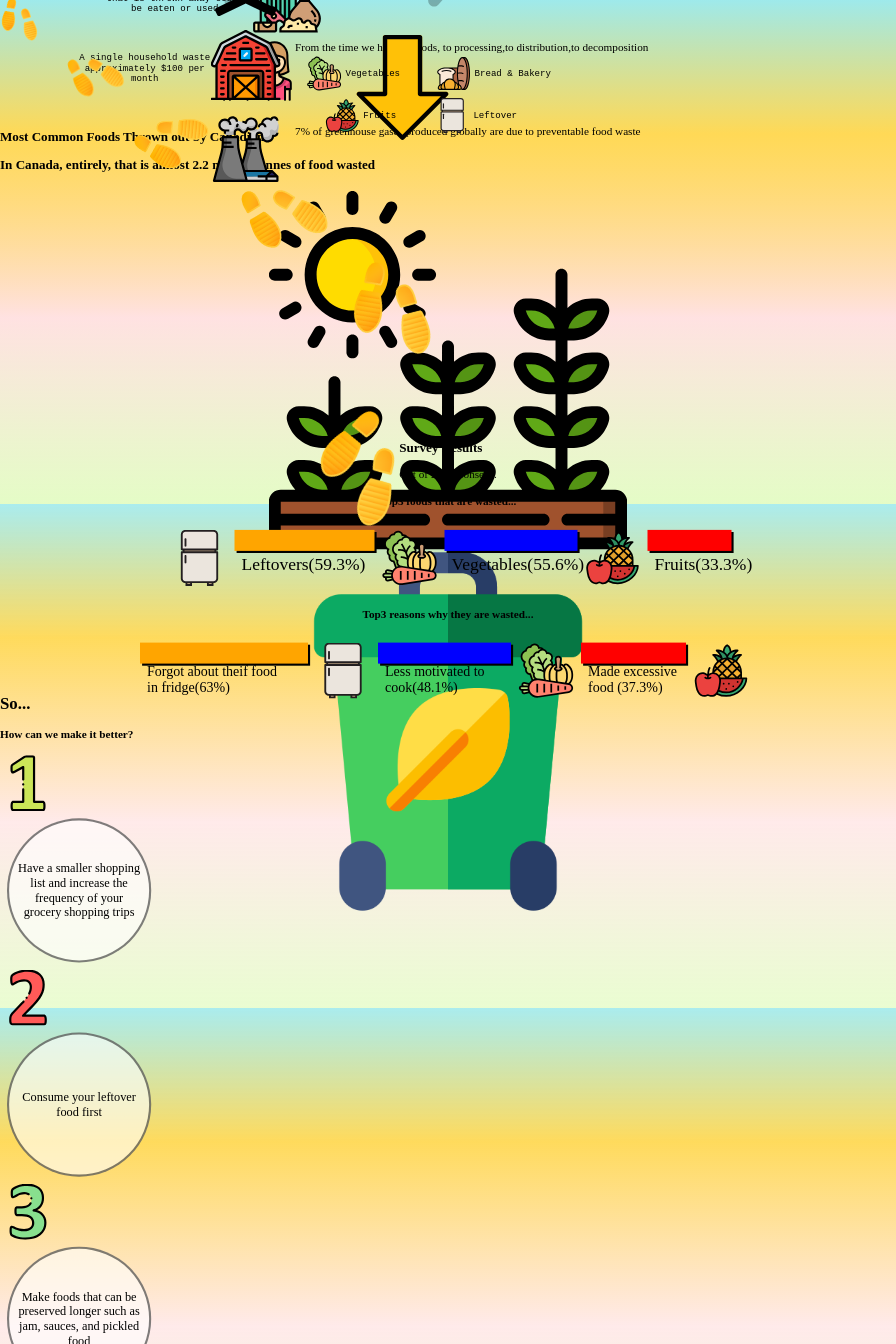
Repository: iorid3/Midterm
Page: index.html
The author's editor kept a copy of each file at every save. The page is drawn from the files as they stood at one save, then again after the next save.
The browser window is 1280 px wide. The pictures show the part of the page from y = 0 to 1920 px (the page is 2758 px tall), at 70% of full size.

Above is the page before, as saved 2021-03-09 11:45:34.

After the next save:
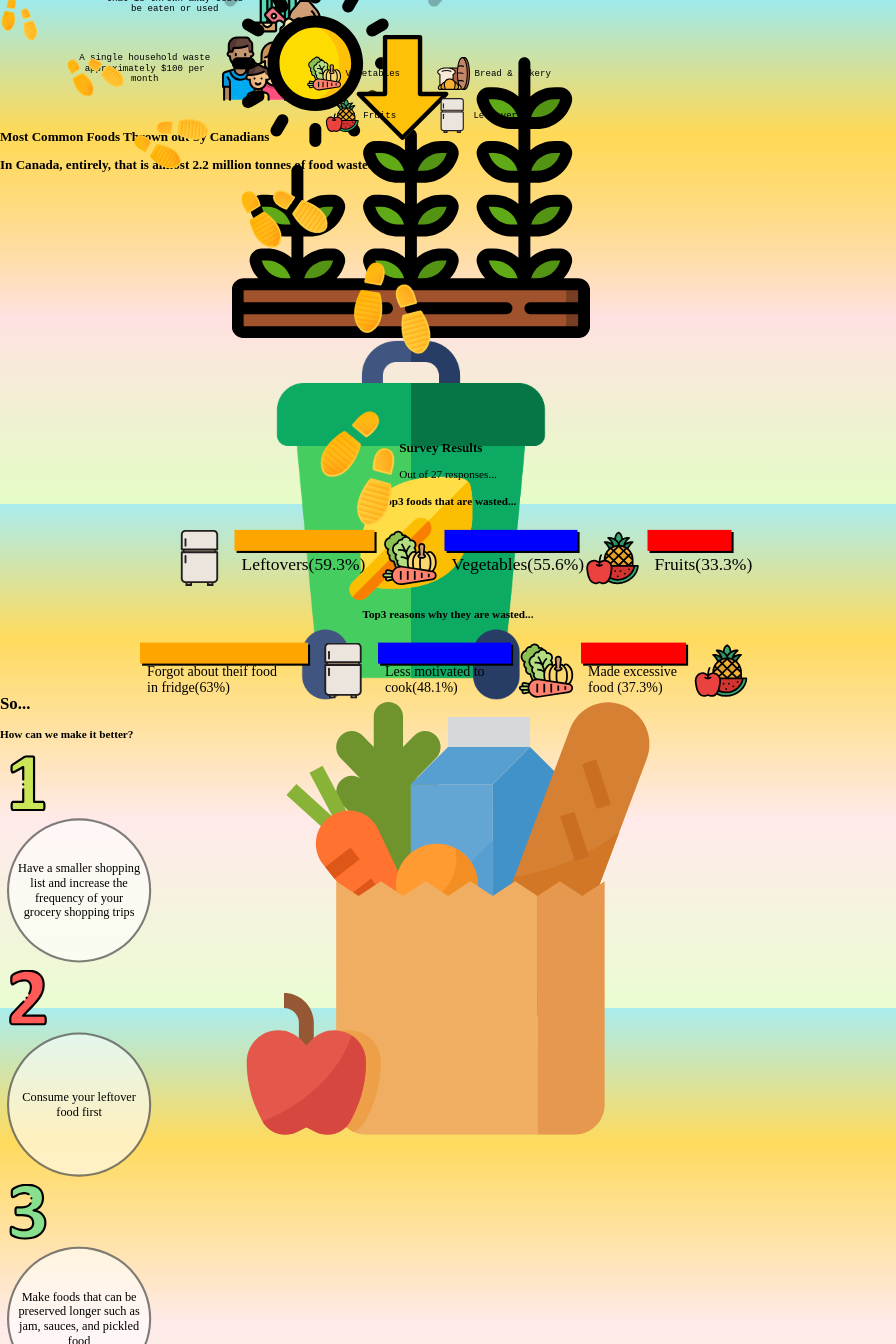
Saved 44 s later.
--- a/index.html
+++ b/index.html
@@ -49,7 +49,7 @@
                 <div class = "container2">
                     <div><img src = "./Images/crop.svg"></div>
                     <div><img src = "./Images/recycling.png"></div>
-                    <div><img src = ""></div>
+                    <div><img src = "./Images/grocery.svg"></div>
                 </div>
 
             <div class = "comp6"></div>
